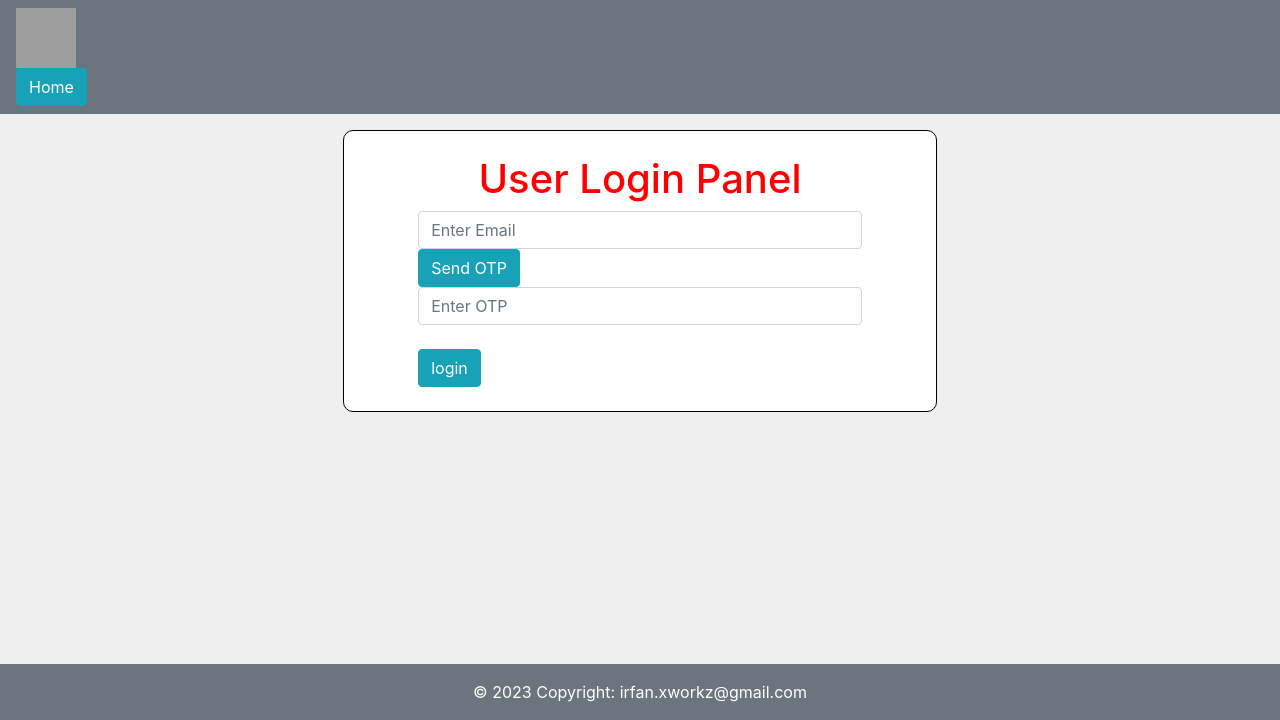
Repository: irfanxworkz/Project
Page: http://localhost/parking/UserLogin.jsp
These files come from the project's save history. The page is drawn as it stood at one moment and after the next save; the edit follows.
The browser window is 1280 px wide. The pictures show the whole page.
Pictures or frames that could not be fetched are drawn as grey boxes. The page is served by Tomcat 9.

Above is the page before, as saved 2023-07-09 23:53:10.

After the next save:
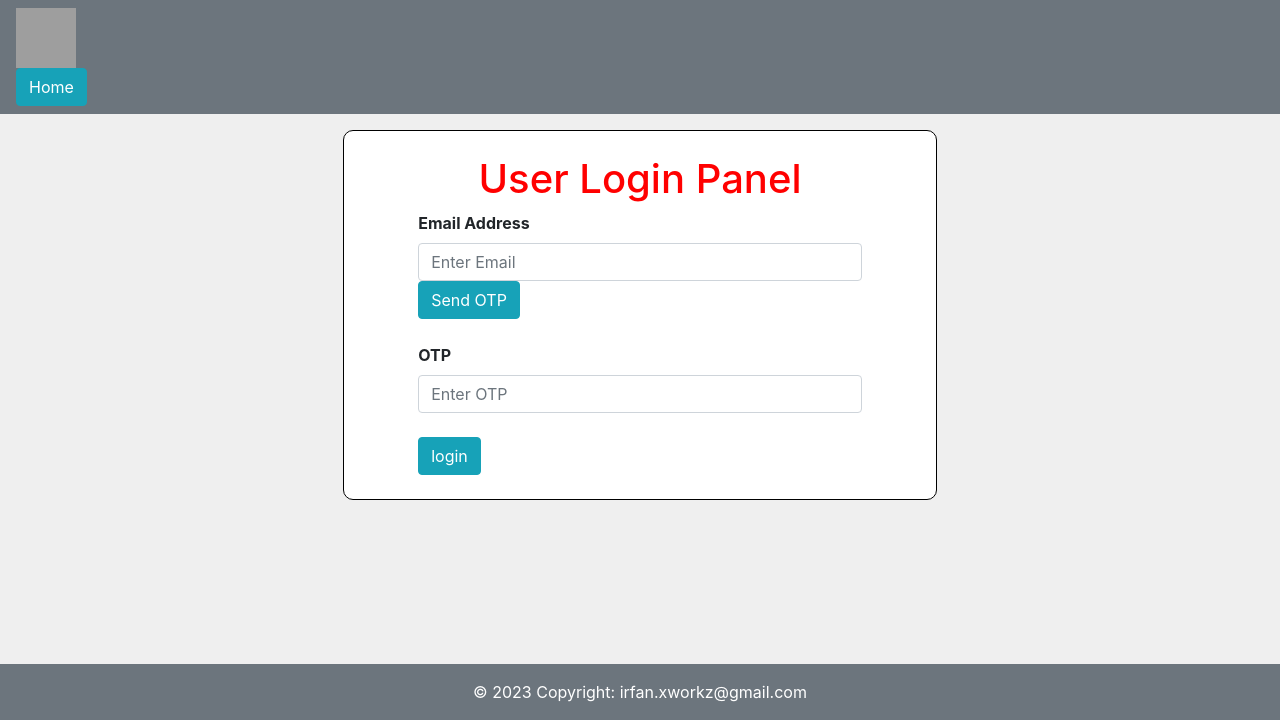
Saved 57 s later.
--- a/parking/src/main/webapp/UserLogin.jsp
+++ b/parking/src/main/webapp/UserLogin.jsp
@@ -23,9 +23,11 @@
 				<span></span><br>
 				<h1 style="text-align: center; color: red;">User Login Panel</h1>
 			<div class="container">
-			    <input type="email" name="email" class="form-control" placeholder="Enter Email" required="required"><input type="submit" value="Send OTP" class="btn btn-info"><span style="color: red;">${user }</span><br>
+			<label for="email"><b>Email Address</b></label>
+			    <input type="email" name="email" class="form-control" placeholder="Enter Email" required="required"><input type="submit" value="Send OTP" class="btn btn-info"><span style="color: red;">${user }</span><br><br>
+			<label for="otp"><b>OTP</b></label>
 			    <input type="number" name="otp" class="form-control" placeholder="Enter OTP" required="required"><br>
-			 	<input type="submit" value="login"  class="btn btn-info"><br>
+			 	 <input type="submit" value="login"  class="btn btn-info"><br>
 			 	<span></span><br>
 			</div>
 		</form>
